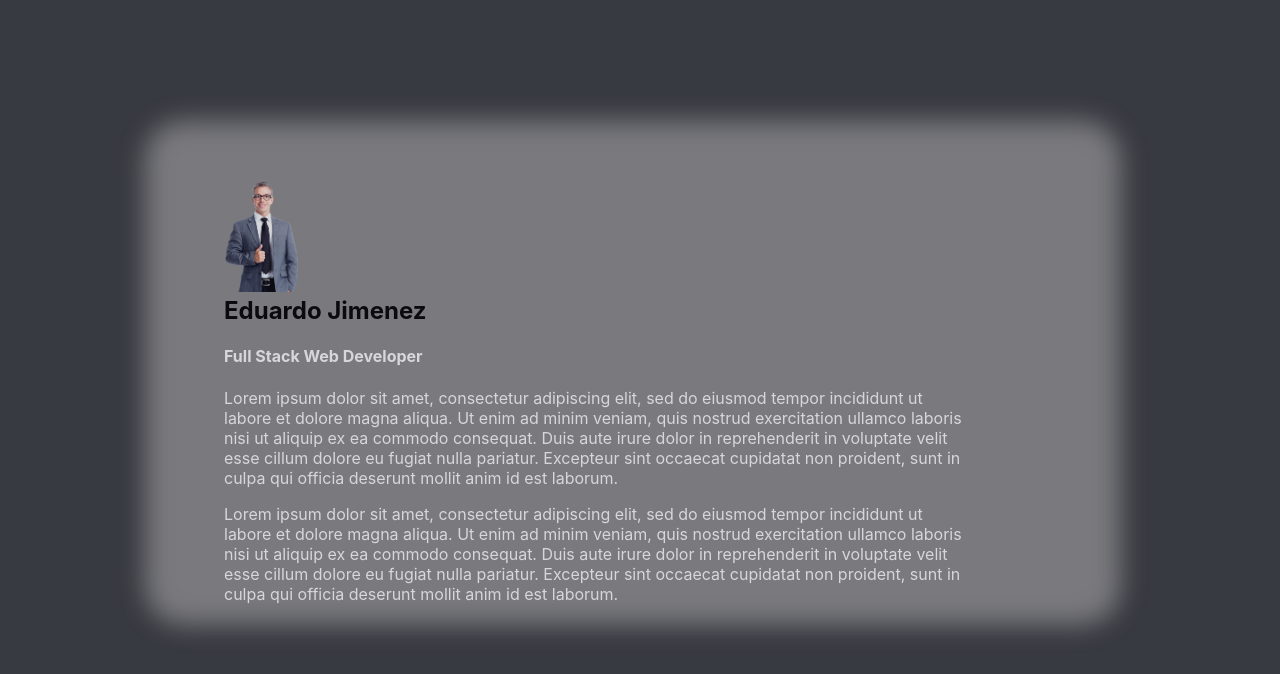
Repository: l8nightswithJS/react-my-portfolio
Page: /
The author's editor kept a copy of each file at every save. The page is drawn from the files as they stood at one save, then again after the next save.
The browser window is 1280 px wide. The pictures show the whole page.
The project was rebuilt for these pictures with package versions that can differ from the ones it lists, and the page was loaded fresh each time.

Above is the page before, as saved 2021-04-29 13:20:03.

After the next save:
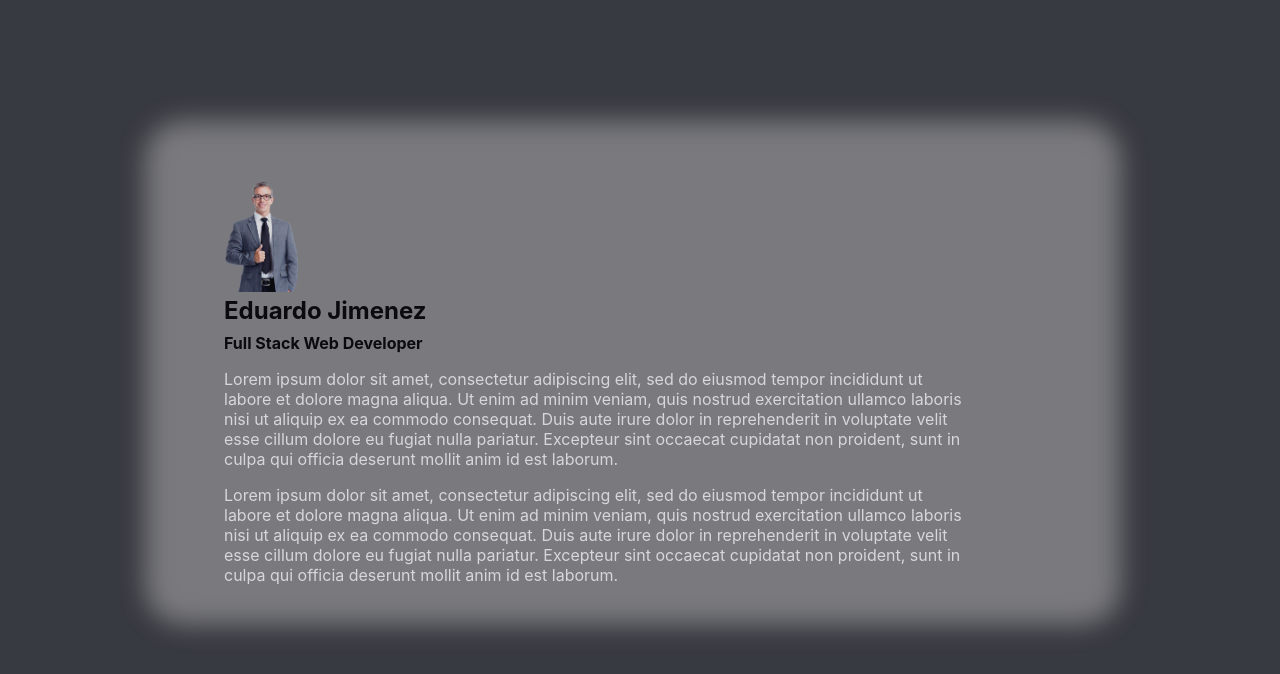
Saved 10 s later.
--- a/src/App.css
+++ b/src/App.css
@@ -30,7 +30,7 @@ section div h1 {
   margin: 0;
 }
 
-h6 {
+h4 {
   color: black;
   margin: 0;
   padding-top: 1%;
